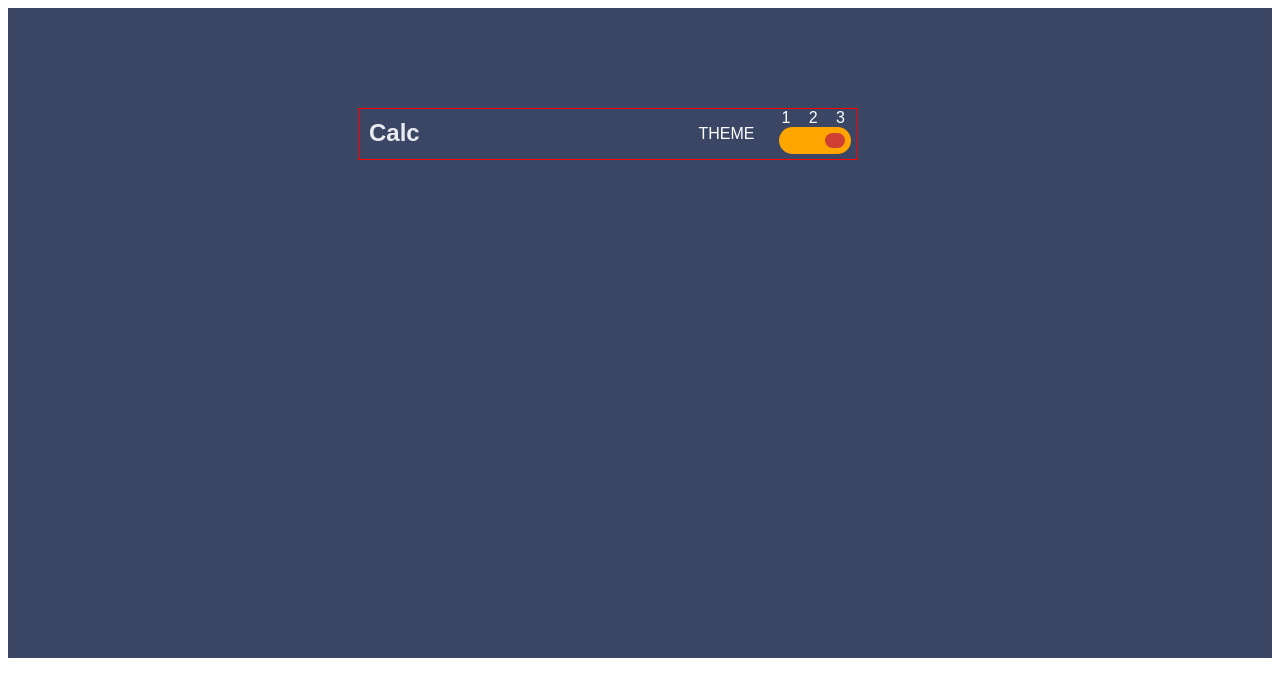
Repository: Bakyproit/Calcutor
Page: SimpleCalculatorApp.html
These files come from the project's save history. The page is drawn as it stood at one moment and after a run of saves; the edit follows.
The browser window is 1280 px wide. The pictures show the whole page.
The first `.toggle__checkbox` is checked.

Above is the page before, as saved 2022-02-09 15:49:39.

### SimpleCalculatorApp.html
<!DOCTYPE html>
<html lang="en">
<head>
    <meta charset="UTF-8">
    <meta http-equiv="X-UA-Compatible" content="IE=edge">
    <meta name="viewport" content="width=device-width, initial-scale=1.0">
    <title>SimpleCalculatorApp</title>
    <link rel="stylesheet" href="asset/App.css">
    <link rel="stylesheet" href="asset/grid.css">
</head>
<body>
    <div class="container">
        <div class="app">
            <div class="app__title">
                <h1 class="app__title-name">Calc</h1>
                <div class="app__title-theme">
                    <p class="app__title-theme-name">THEME</p>
                    <div class="app__title-theme-box">
                        <div class="app__title-theme-box-number">
                            <span class="app__title-theme-box-number-1">1</span>
                            <span class="app__title-theme-box-number-2">2</span>
                            <span class="app__title-theme-box-number-3">3</span>
                        </div>
                        <div class="app__title-theme-box-toggle">
                            <label for="toggle-input" class="toggle">
                                <input type="checkbox" id="toggle-input" class="toggle__checkbox">
                                <div class="toggle__bar">
                                    <div class="toggle__spin"></div>
                                </div>
                            </label>
                        </div>
                    </div>
                </div>
            </div>
        </div>
    </div>
</body>
</html>

### asset/App.css
html{
    font-family:Arial, Helvetica, sans-serif ;
    box-sizing: border-box;
    padding: 0 ;
    margin: 0;
}
h1{
    margin: 0;
}

.container{
    height: 650px;
    width: 100%;
    background-color: #3b4664;
    position: relative;
}
.app{
    width: 500px;
    position:absolute ;
    top:100px ;
    left:350px;

}
.app__title{
    border:1px solid red ;
    display: flex;
    justify-content:space-between;

}
.app__title-name{
    color : #e9ebf0 ;
    font-size: 24px;
    padding: 10px;
}
.app__title-theme{
    display: flex;
}
.app__title-theme-name{
    color :20px ;
    color:#fcfeff ;
    margin-right: 20px;
}
.app__title-theme-box{
    display: flex;
    flex-direction: column;
    padding-right: 5px;
}
.app__title-theme-box-number{
    color : #f8ffff ;
}
.app__title-theme-box-number-1{
    padding: 0 7px;
}
.app__title-theme-box-number-2{
    padding: 0 7px;

}
.app__title-theme-box-number-3{
    padding: 0 7px;

}
.app__title-theme-box-toggle{
    padding-left: 5px;
}
.toggle__checkbox{
    display: none;
}
.toggle__bar{
    width: 60px;
    height: 15px;
    background-color: #252c46;
    border-radius: 5rem;
    /* transition: background-color 4s linear; */
    padding: 6px;
}
.toggle__spin{
    width: 20px;
    height: 15px;
    background-color: #cf3f34;
    border-radius: 3rem;
    transition: transform .3s linear;
}
.toggle__checkbox:checked ~ .toggle__bar{
    background-color: orange;
}
.toggle__checkbox:checked + .toggle__bar .toggle__spin {
    transform: translateX(2.5rem);
}

### asset/grid.css
.grid {
    width: 100%;
    display: block;
    padding: 0;

}

.grid.wide {
    max-width: 1200px;
    margin: 0 auto;
}

.row {
    display: flex;
    flex-wrap: wrap;
    margin-left: -4px;
    margin-right: -4px;
}

.row.no-gutters {
    margin-left: 0;
    margin-right: 0;
}

.col {
    padding-left: 4px;
    padding-right: 4px;
}

.row.no-gutters .col {
    padding-left: 0;
    padding-right: 0;
}

.c-0 {
    display: none;
}

.c-1 {
    flex: 0 0 8.33333%;
    max-width: 8.33333%;
}

.c-2 {
    flex: 0 0 16.66667%;
    max-width: 16.66667%;
}

.c-3 {
    flex: 0 0 25%;
    max-width: 25%;
}

.c-4 {
    flex: 0 0 33.33333%;
    max-width: 33.33333%;
}

.c-5 {
    flex: 0 0 41.66667%;
    max-width: 41.66667%;
}

.c-6 {
    flex: 0 0 50%;
    max-width: 50%;
}

.c-7 {
    flex: 0 0 58.33333%;
    max-width: 58.33333%;
}

.c-8 {
    flex: 0 0 66.66667%;
    max-width: 66.66667%;
}

.c-9 {
    flex: 0 0 75%;
    max-width: 75%;
}

.c-10 {
    flex: 0 0 83.33333%;
    max-width: 83.33333%;
}

.c-11 {
    flex: 0 0 91.66667%;
    max-width: 91.66667%;
}

.c-12 {
    flex: 0 0 100%;
    max-width: 100%;
}

.c-o-1 {
    margin-left: 8.33333%;
}

.c-o-2 {
    margin-left: 16.66667%;
}

.c-o-3 {
    margin-left: 25%;
}

.c-o-4 {
    margin-left: 33.33333%;
}

.c-o-5 {
    margin-left: 41.66667%;
}

.c-o-6 {
    margin-left: 50%;
}

.c-o-7 {
    margin-left: 58.33333%;
}

.c-o-8 {
    margin-left: 66.66667%;
}

.c-o-9 {
    margin-left: 75%;
}

.c-o-10 {
    margin-left: 83.33333%;
}

.c-o-11 {
    margin-left: 91.66667%;
}

/* >= Tablet */
@media (min-width: 740px) {
    .row {
        margin-left: -8px;
        margin-right: -8px;
    }

    .col {
        padding-left: 8px;
        padding-right: 8px;
    }

    .m-0 {
        display: none;
    }

    .m-1,
    .m-2,
    .m-3,
    .m-4,
    .m-5,
    .m-6,
    .m-7,
    .m-8,
    .m-9,
    .m-10,
    .m-11,
    .m-12 {
        display: block;
    }

    .m-1 {
        flex: 0 0 8.33333%;
        max-width: 8.33333%;
    }

    .m-2 {
        flex: 0 0 16.66667%;
        max-width: 16.66667%;
    }

    .m-3 {
        flex: 0 0 25%;
        max-width: 25%;
    }

    .m-4 {
        flex: 0 0 33.33333%;
        max-width: 33.33333%;
    }

    .m-5 {
        flex: 0 0 41.66667%;
        max-width: 41.66667%;
    }

    .m-6 {
        flex: 0 0 50%;
        max-width: 50%;
    }

    .m-7 {
        flex: 0 0 58.33333%;
        max-width: 58.33333%;
    }

    .m-8 {
        flex: 0 0 66.66667%;
        max-width: 66.66667%;
    }

    .m-9 {
        flex: 0 0 75%;
        max-width: 75%;
    }

    .m-10 {
        flex: 0 0 83.33333%;
        max-width: 83.33333%;
    }

    .m-11 {
        flex: 0 0 91.66667%;
        max-width: 91.66667%;
    }

    .m-12 {
        flex: 0 0 100%;
        max-width: 100%;
    }

    .m-o-1 {
        margin-left: 8.33333%;
    }

    .m-o-2 {
        margin-left: 16.66667%;
    }

    .m-o-3 {
        margin-left: 25%;
    }

    .m-o-4 {
        margin-left: 33.33333%;
    }

    .m-o-5 {
        margin-left: 41.66667%;
    }

    .m-o-6 {
        margin-left: 50%;
    }

    .m-o-7 {
        margin-left: 58.33333%;
    }

    .m-o-8 {
        margin-left: 66.66667%;
    }

    .m-o-9 {
        margin-left: 75%;
    }

    .m-o-10 {
        margin-left: 83.33333%;
    }

    .m-o-11 {
        margin-left: 91.66667%;
    }
}

/* PC medium resolution > */
@media (min-width: 1113px) {
    .row {
        margin-left: -6px;
        margin-right: -6px;
    }

    .row.sm-gutter {
        margin-left: -5px;
        margin-right: -5px;
    }

    .col {
        padding-left: 6px;
        padding-right: 6px;
    }

    .row.sm-gutter .col {
        padding-left: 5px;
        padding-right: 5px;
    }

    .l-0 {
        display: none;
    }

    .l-1,
    .l-2,
    .l-2-4,
    .l-3,
    .l-4,
    .l-5,
    .l-6,
    .l-7,
    .l-8,
    .l-9,
    .l-10,
    .l-11,
    .l-12 {
        display: block;
    }

    .l-1 {
        flex: 0 0 8.33333%;
        max-width: 8.33333%;
    }

    .l-2 {
        flex: 0 0 16.66667%;
        max-width: 16.66667%;
    }

    .l-2-4 {
        flex: 0 0 20%;
        max-width: 20%;
    }

    .l-3 {
        flex: 0 0 25%;
        max-width: 25%;
    }

    .l-4 {
        flex: 0 0 33.33333%;
        max-width: 33.33333%;
    }

    .l-5 {
        flex: 0 0 41.66667%;
        max-width: 41.66667%;
    }

    .l-6 {
        flex: 0 0 50%;
        max-width: 50%;
    }

    .l-7 {
        flex: 0 0 58.33333%;
        max-width: 58.33333%;
    }

    .l-8 {
        flex: 0 0 66.66667%;
        max-width: 66.66667%;
    }

    .l-9 {
        flex: 0 0 75%;
        max-width: 75%;
    }

    .l-10 {
        flex: 0 0 83.33333%;
        max-width: 83.33333%;
    }

    .l-11 {
        flex: 0 0 91.66667%;
        max-width: 91.66667%;
    }

    .l-12 {
        flex: 0 0 100%;
        max-width: 100%;
    }

    .l-o-1 {
        margin-left: 8.33333%;
    }

    .l-o-2 {
        margin-left: 16.66667%;
    }

    .l-o-3 {
        margin-left: 25%;
    }

    .l-o-4 {
        margin-left: 33.33333%;
    }

    .l-o-5 {
        margin-left: 41.66667%;
    }

    .l-o-6 {
        margin-left: 50%;
    }

    .l-o-7 {
        margin-left: 58.33333%;
    }

    .l-o-8 {
        margin-left: 66.66667%;
    }

    .l-o-9 {
        margin-left: 75%;
    }

    .l-o-10 {
        margin-left: 83.33333%;
    }

    .l-o-11 {
        margin-left: 91.66667%;
    }
}

/* Tablet - PC low resolution */
@media (min-width: 740px) and (max-width: 1023px) {
    .wide {
        width: 644px;
    }
}

/* > PC low resolution */
@media (min-width: 1024px) and (max-width: 1239px) {
    .wide {
        width: 984px;
    }

    .wide .row {
        margin-left: -12px;
        margin-right: -12px;
    }

    .wide .row.sm-gutter {
        margin-left: -5px;
        margin-right: -5px;
    }

    .wide .col {
        padding-left: 12px;
        padding-right: 12px;
    }

    .wide .row.sm-gutter .col {
        padding-left: 5px;
        padding-right: 5px;
    }

    .wide .l-0 {
        display: none;
    }

    .wide .l-1,
    .wide .l-2,
    .wide .l-2-4,
    .wide .l-3,
    .wide .l-4,
    .wide .l-5,
    .wide .l-6,
    .wide .l-7,
    .wide .l-8,
    .wide .l-9,
    .wide .l-10,
    .wide .l-11,
    .wide .l-12 {
        display: block;
    }

    .wide .l-1 {
        flex: 0 0 8.33333%;
        max-width: 8.33333%;
    }

    .wide .l-2 {
        flex: 0 0 16.66667%;
        max-width: 16.66667%;
    }

    .wide .l-2-4 {
        flex: 0 0 20%;
        max-width: 20%;
    }

    .wide .l-3 {
        flex: 0 0 25%;
        max-width: 25%;
    }

    .wide .l-4 {
        flex: 0 0 33.33333%;
        max-width: 33.33333%;
    }

    .wide .l-5 {
        flex: 0 0 41.66667%;
        max-width: 41.66667%;
    }

    .wide .l-6 {
        flex: 0 0 50%;
        max-width: 50%;
    }

    .wide .l-7 {
        flex: 0 0 58.33333%;
        max-width: 58.33333%;
    }

    .wide .l-8 {
        flex: 0 0 66.66667%;
        max-width: 66.66667%;
    }

    .wide .l-9 {
        flex: 0 0 75%;
        max-width: 75%;
    }

    .wide .l-10 {
        flex: 0 0 83.33333%;
        max-width: 83.33333%;
    }

    .wide .l-11 {
        flex: 0 0 91.66667%;
        max-width: 91.66667%;
    }

    .wide .l-12 {
        flex: 0 0 100%;
        max-width: 100%;
    }

    .wide .l-o-1 {
        margin-left: 8.33333%;
    }

    .wide .l-o-2 {
        margin-left: 16.66667%;
    }

    .wide .l-o-3 {
        margin-left: 25%;
    }

    .wide .l-o-4 {
        margin-left: 33.33333%;
    }

    .wide .l-o-5 {
        margin-left: 41.66667%;
    }

    .wide .l-o-6 {
        margin-left: 50%;
    }

    .wide .l-o-7 {
        margin-left: 58.33333%;
    }

    .wide .l-o-8 {
        margin-left: 66.66667%;
    }

    .wide .l-o-9 {
        margin-left: 75%;
    }

    .wide .l-o-10 {
        margin-left: 83.33333%;
    }

    .wide .l-o-11 {
        margin-left: 91.66667%;
    }
}

After the next 2 saves:
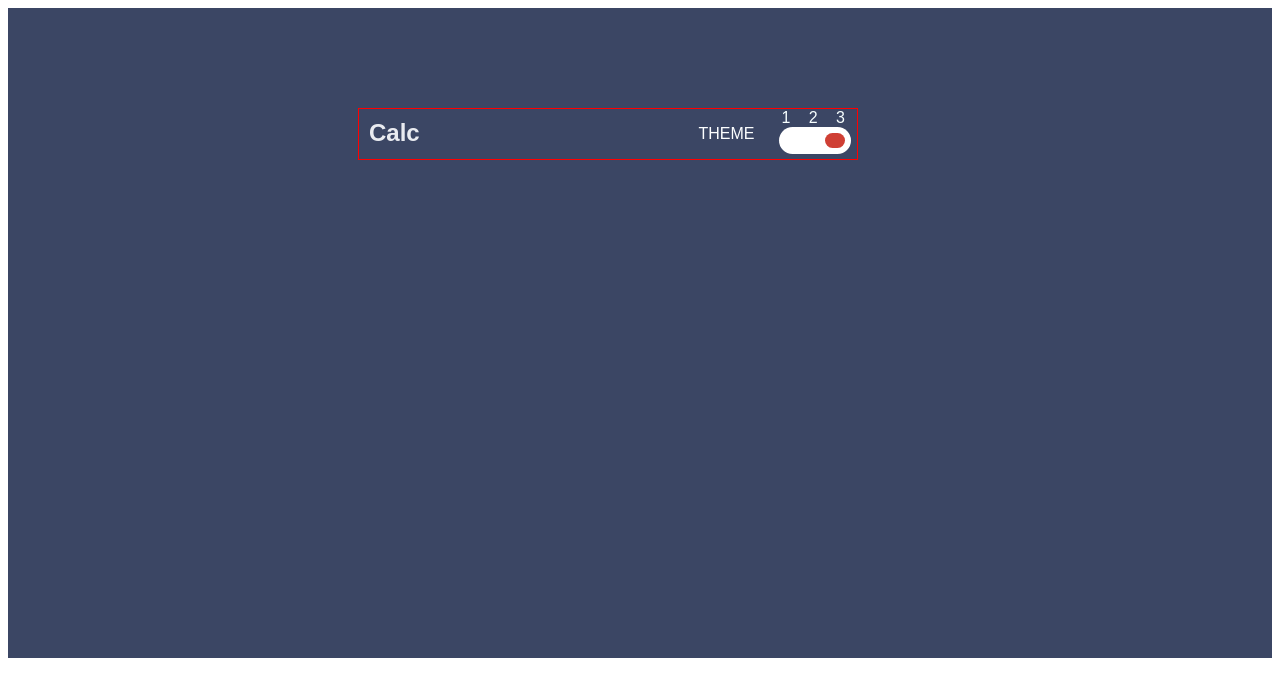
The 2 saves are shown as one change because they came seconds apart.
The last was saved 13 s later.
--- a/asset/App.css
+++ b/asset/App.css
@@ -81,7 +81,7 @@ h1{
     transition: transform .3s linear;
 }
 .toggle__checkbox:checked ~ .toggle__bar{
-    background-color: orange;
+    background-color: #fff;
 }
 .toggle__checkbox:checked + .toggle__bar .toggle__spin {
     transform: translateX(2.5rem);
